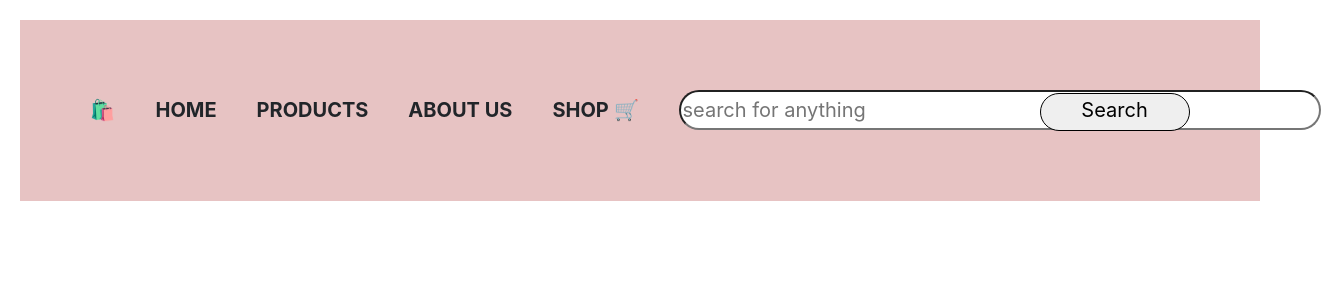
Repository: thf4/Project-Shop
Page: /
An editor plug-in stored every save of this project. The page is shown before and after the next save, followed by the edit.
The browser window is 1280 px wide. The page is 1321 px wide, then 1280 px, so the pictures cover 1321 px, including what lies to the right of the window. The pictures show the whole page.
The project was rebuilt for these pictures with package versions that can differ from the ones it lists, and the page was loaded fresh each time.

Above is the page before, as saved 2021-04-22 11:51:40.

After the next save:
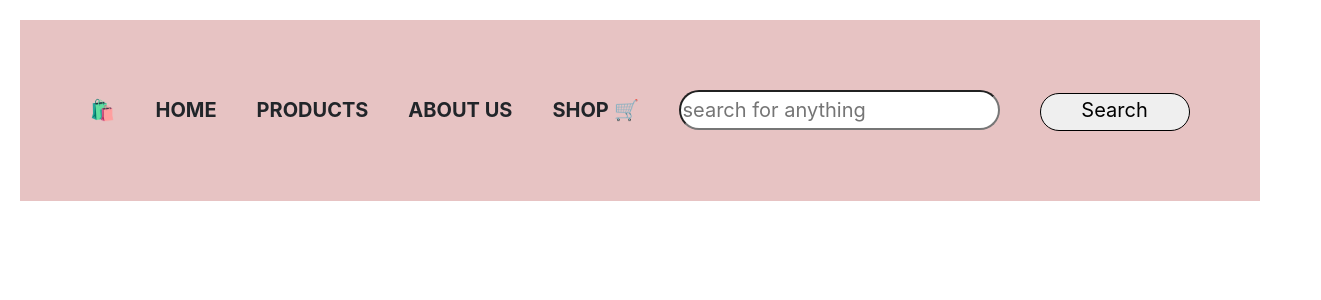
Saved 5 s later.
--- a/src/App.css
+++ b/src/App.css
@@ -33,7 +33,7 @@ li:hover{
 #area-find{
   border-radius: 50px;
   height: 40px;
-  width: 200%;
+  width: 100%;
 }
 #button:hover{
   border-style: hidden;
